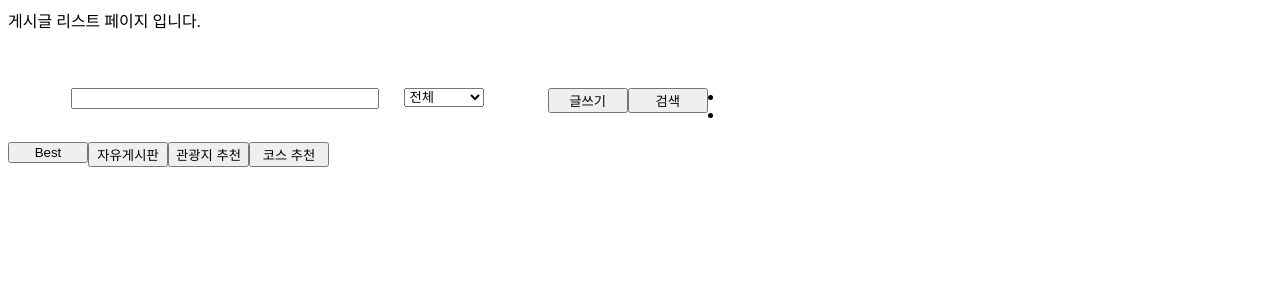
Repository: HJCroCat/project4
Page: http://localhost/koravle/boardMain.jsp
The author's editor kept a copy of each file at every save. The page is drawn from the files as they stood at one save, then again after the next save.
The browser window is 1280 px wide. The pictures show the whole page.
The page is served by Tomcat 9. Nobody is signed in. The application's start-up code is not run. Other server files are loaded and not shown.

Above is the page before, as saved 2021-12-10 09:35:15.

### koravle/koravle/src/main/webapp/boardMain.jsp
<%@ page language="java" contentType="text/html; charset=UTF-8"
    pageEncoding="UTF-8"%>
<!DOCTYPE html>
<html>
<head>
<meta charset="UTF-8">
<title>Insert title here</title>

<link href="resources/style/stylecss.css" rel="stylesheet">
<script type="text/javascript" src="resources/js/jquery-1.7.1.js"></script>

</head>
<body>
	<div class="boardHeader">
		게시글 리스트 페이지 입니다.
	</div>
		<li>
			<input type="text" name="searchWord" id="searchWord">
			<select name="selectSearch" id="selectSearch">
				<option value="1" selected>전체</option>
				<option value="boardName">글제목</option>
				<option value="regionName">관광지</option>
				<option value="boardWriter">작성자</option>
			</select>
			<button href="boardWrite.do" class="btn" >글쓰기</button>
			<button href="boardList.do" class="btn" >검색</button>
		</li>
		<li>
			<br/>
			<br/>
			<button class="btn" href="boardList.do" name="boardBest">Best</button>
			<button class="btn" href="boardList.do" name="boardFree">자유게시판</button>
			<button class="btn" href="boardList.do" name="boardRegion">관광지 추천</button>
			<button class="btn" href="boardList.do" name="boardCourse">코스 추천</button>
		</li>





	<div class="footer">

	</div>

<script src="resources//js/jquery.min.js"></script>
<script src="resources/js/scripts.js"></script>

</body>
</html>

### koravle/koravle/src/main/webapp/resources/style/stylecss.css
.boardHeader{
	height:80px;
}

.btn{
	float: left;
	max-width:100px;
	min-width:80px;
	min-height:15px;
}

#searchWord{
	float: left;
	width: 35%;
	margin-left:5%;
	margin-right:2%;
	max-width:300px;
}

#selectSearch{
	float: left;
	width: 10%;
	margin-right:5%;
	max-width:80px;
}

Loaded but not shown: koravle/koravle/src/main/webapp/resources/js/jquery-1.7.1.js (library); koravle/koravle/src/main/webapp/resources/js/jquery.min.js (library)

After the next save:
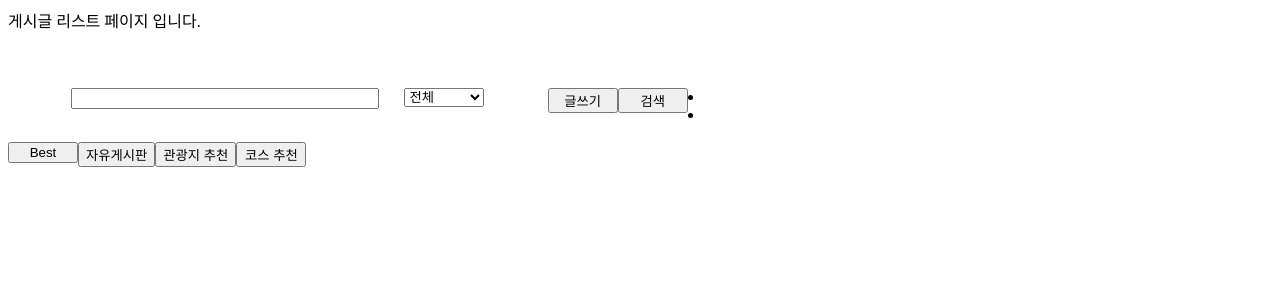
Saved 4 s later.
--- a/koravle/koravle/src/main/webapp/resources/style/stylecss.css
+++ b/koravle/koravle/src/main/webapp/resources/style/stylecss.css
@@ -5,7 +5,7 @@
 .btn{
 	float: left;
 	max-width:100px;
-	min-width:80px;
+	min-width:70px;
 	min-height:15px;
 }
 
